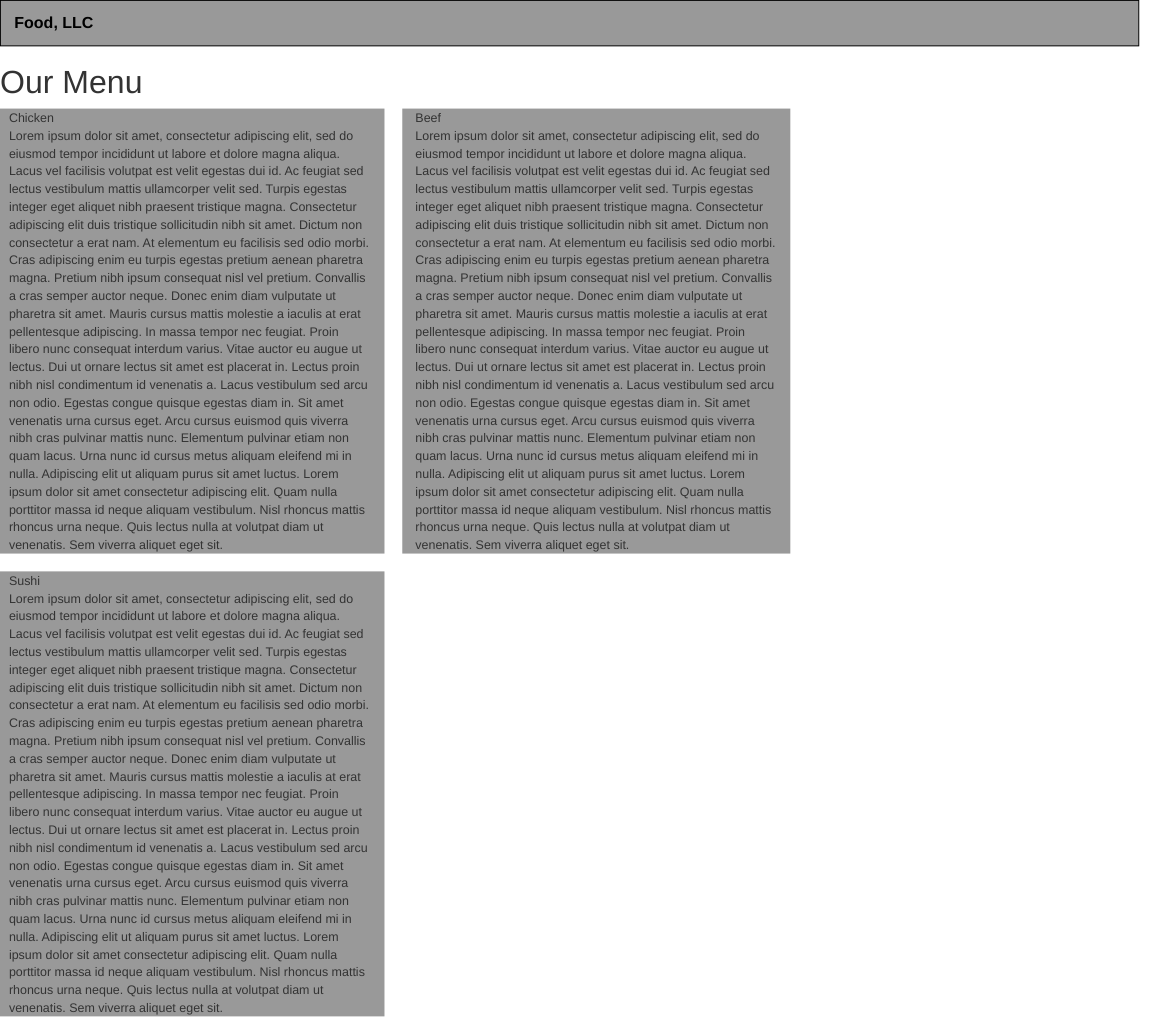
Repository: Cynthia-woo/coursera_frontend_JHU
Page: module3-solution/index.html
These files come from the project's save history. The page is drawn as it stood at one moment and after the next save; the edit follows.
The browser window is 1280 px wide. The page is 1295 px wide, so the pictures cover 1295 px, including what lies to the right of the window. The pictures show the whole page, at 89% of full size.

Above is the page before, as saved 2024-04-20 02:46:08.

After the next save:
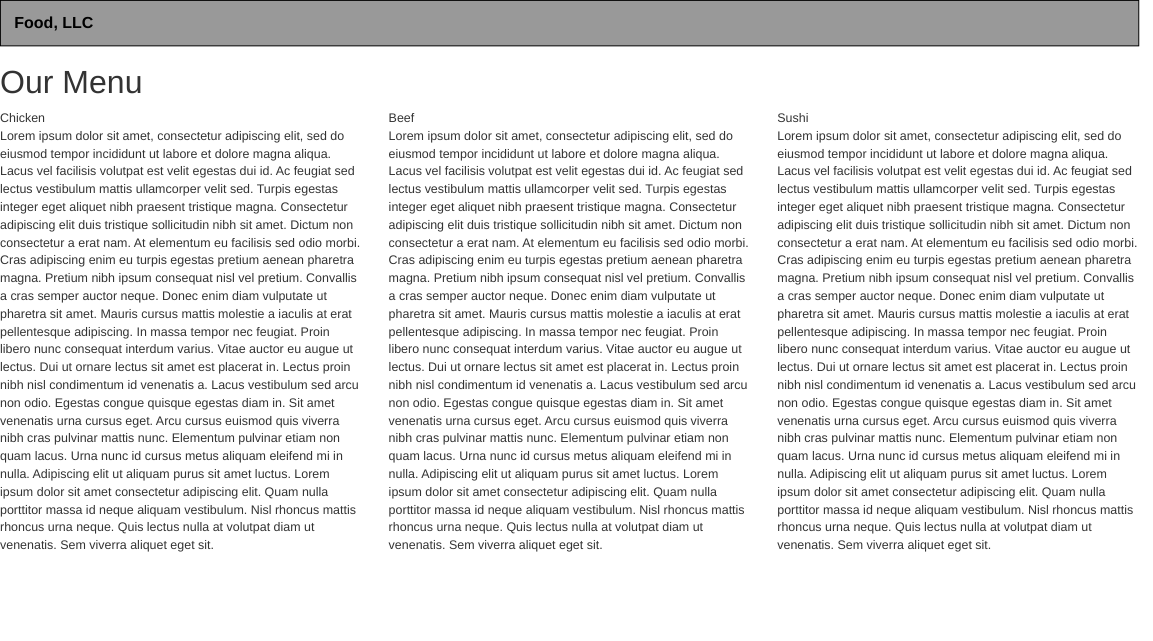
Saved 37 s later.
--- a/module3-solution/css/styles.css
+++ b/module3-solution/css/styles.css
@@ -22,44 +22,11 @@
 
 
 #main_menu {
-    text-align: center;
-    margin: auto;
-}
+    /* text-align: center; */
+    justify-content: center;
 
 
 .col-md-4, .col-sm-6, .col-xs-12 {
     margin: 0 10px 20px;
     background-color: #999;
 }
-* {
-    margin: 0;
-    padding: 0;
-    box-sizing: border-box;
-}
-.navbar-default{
-    background-color: #999;
-    border: 1px solid black;
-    border-radius: 0;
-}
-
-.navbar-brand a{
-    color: black;
-    font-weight: bold;
-}
-
-.navbar-brand a:hover {
-    text-decoration: none;
-
-}
-
-
-
-#main_menu {
-    text-align: center;
-}
-
-
-.col-md-4, .col-sm-6, .col-xs-12 {
-    margin: 0 10px 20px;
-    background-color: #999;
-}

After the save that followed:
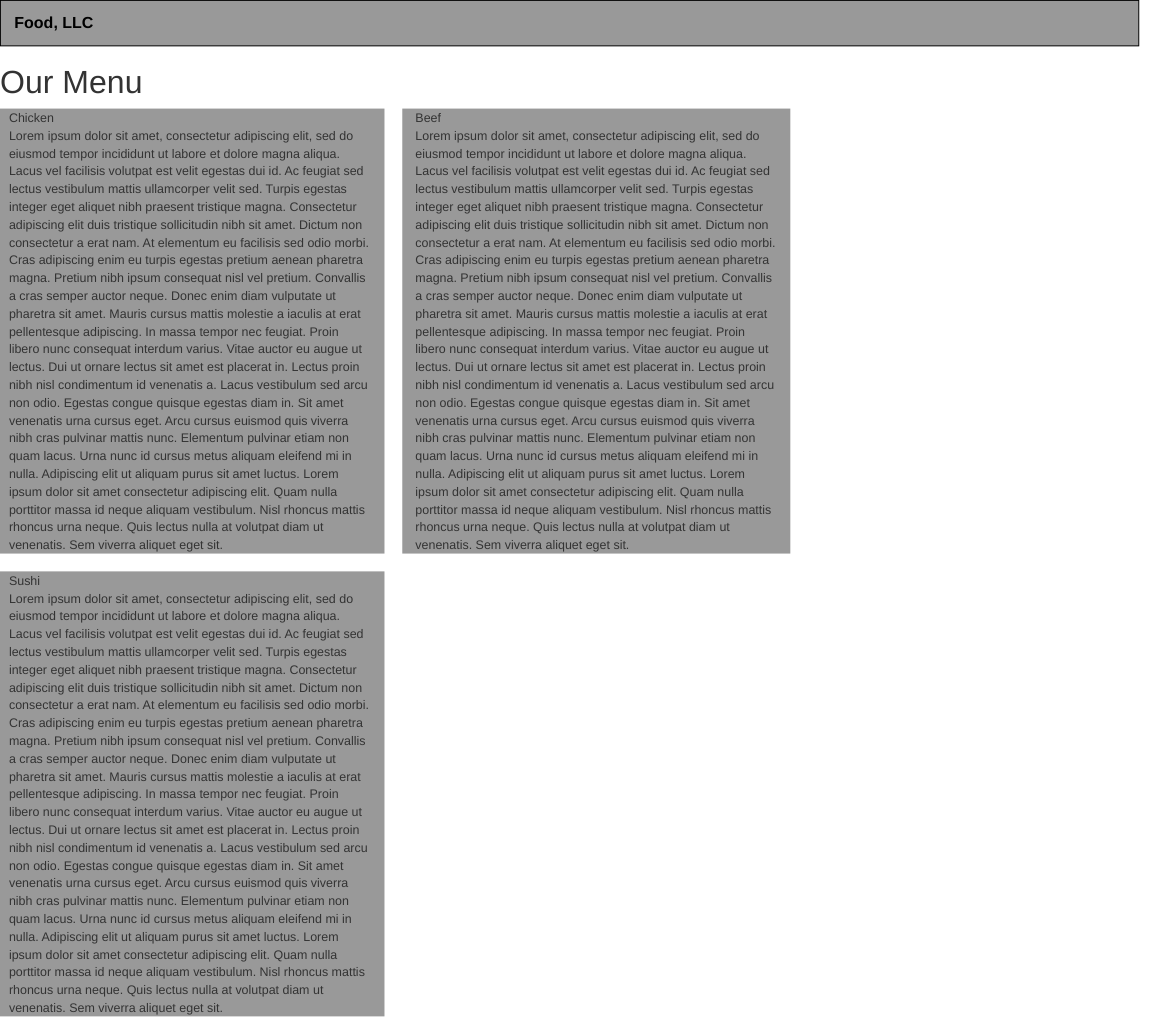
Saved 6 s later.
--- a/module3-solution/css/styles.css
+++ b/module3-solution/css/styles.css
@@ -24,7 +24,7 @@
 #main_menu {
     /* text-align: center; */
     justify-content: center;
-
+}
 
 .col-md-4, .col-sm-6, .col-xs-12 {
     margin: 0 10px 20px;
